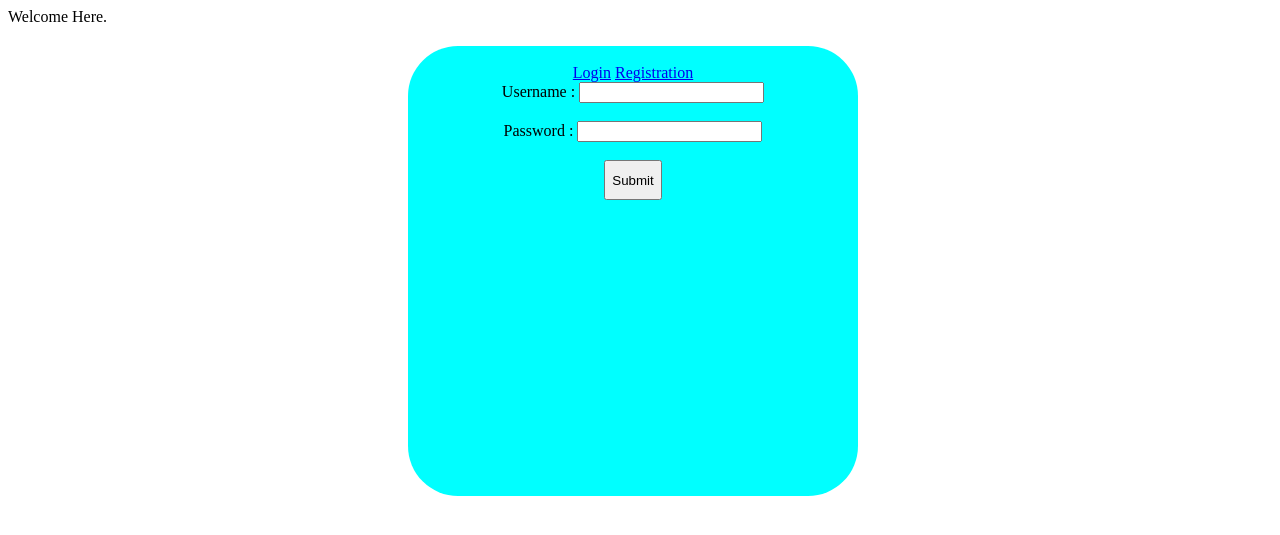
Repository: sunil965/JavaRepo
Page: WebProject/WebContent/index.html
An editor plug-in stored every save of this project. The page is shown before and after the next save, followed by the edit.
The browser window is 1280 px wide. The pictures show the whole page.

Above is the page before, as saved 2017-04-26 12:15:58.

### WebProject/WebContent/index.html
<!DOCTYPE html>
<html>
<head>
<meta charset="UTF-8">
<title>Insert title here</title>
</head>
<style>
.div{
   border: 5px solid d #87bfbf;
   height: 450px;
   width: 450px;
   border-radius: 50px;
   background-color: cyan;
   margin-left: 400px;
   margin-top: 20px;

}
</style>
<body>

<div>
	<hi>Welcome Here.</hi>
</div>

<div class="div">
<center>
<br>
<a href="http://localhost:8011/FirstWebProject/">Login</a>
<a href="http://localhost:8011/FirstWebProject/registration.html">Registration</a>
<br>

<form action="LoginServlet" method="get" style="height: 231px; ">
Username : <input type="text" id="name"><br><br>
Password : <input type="password" id="name"><br><br>
<input type="submit" style="height: 40px; ">
</form>
</center>
</div>


</body>
</html>

After the next save:
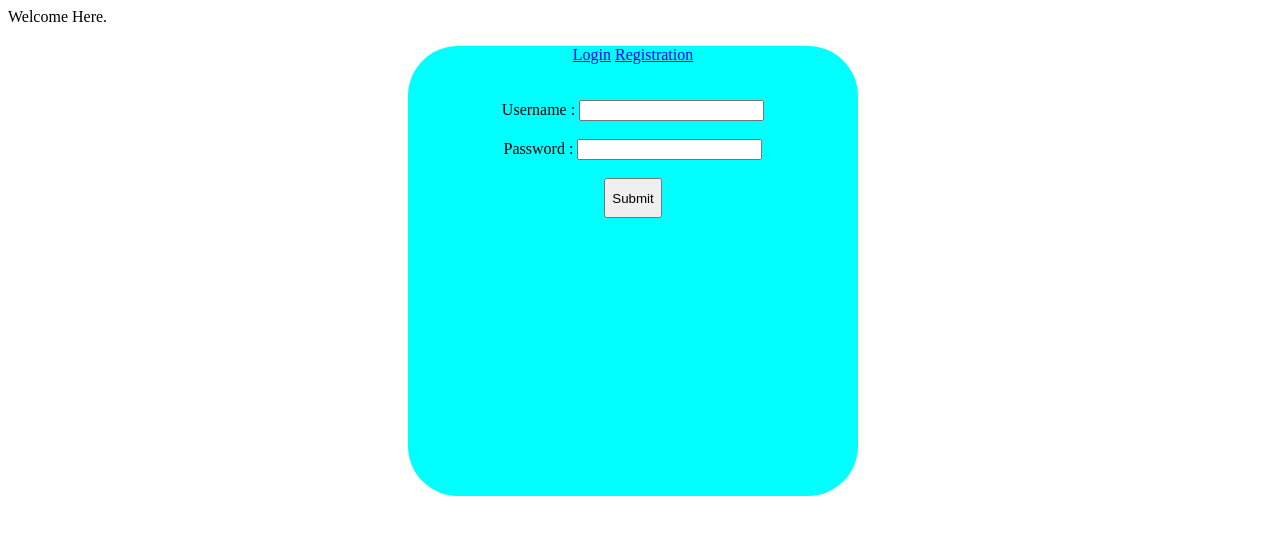
Saved 41 s later.
--- a/WebProject/WebContent/index.html
+++ b/WebProject/WebContent/index.html
@@ -24,10 +24,10 @@
 
 <div class="div">
 <center>
-<br>
+
 <a href="http://localhost:8011/FirstWebProject/">Login</a>
 <a href="http://localhost:8011/FirstWebProject/registration.html">Registration</a>
-<br>
+<br><br><br>
 
 <form action="LoginServlet" method="get" style="height: 231px; ">
 Username : <input type="text" id="name"><br><br>
